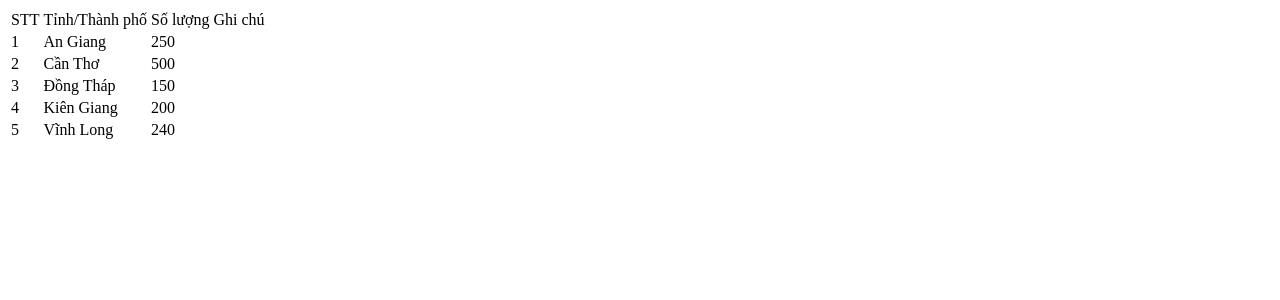
Repository: Pr-DuyTam/HTML-CSS-JS-PHP
Page: CSS/Bài Tập CSS/Bai3.htm
The author's editor kept a copy of each file at every save. The page is drawn from the files as they stood at one save, then again after the next save.
The browser window is 1280 px wide. The pictures show the whole page.

Above is the page before, as saved 2023-08-04 08:11:31.

### CSS/Bài Tập CSS/Bai3.htm
<!DOCTYPE html>
<html lang="en">
<head>
    <meta charset="UTF-8">
    <meta name="viewport" content="width=device-width, initial-scale=1.0">
    <title>Bài tập 3</title>

    <style>

    </style>
</head>
<body>
    <table>
        <tr class="head">
            <td>STT</td>
            <td>Tỉnh/Thành phố</td>
            <td>Số lượng</td>
            <td>Ghi chú</td>
        </tr>

        <tr class="odd">
            <td>1</td>
            <td>An Giang</td>
            <td>250</td>
        </tr>

        <tr class="even">
            <td>2</td>
            <td>Cần Thơ</td>
            <td>500</td>
        </tr>

        <tr class="odd">
            <td>3</td>
            <td>Đồng Tháp</td>
            <td>150</td>
        </tr>

        <tr class="even">
            <td>4</td> <td>Kiên Giang</td> <td>200</td>
        </tr>

        <tr class="odd"> <td>5</td> <td>Vĩnh Long</td> <td>240</td></tr>
    </table>
</body>
</html>

After the next save:
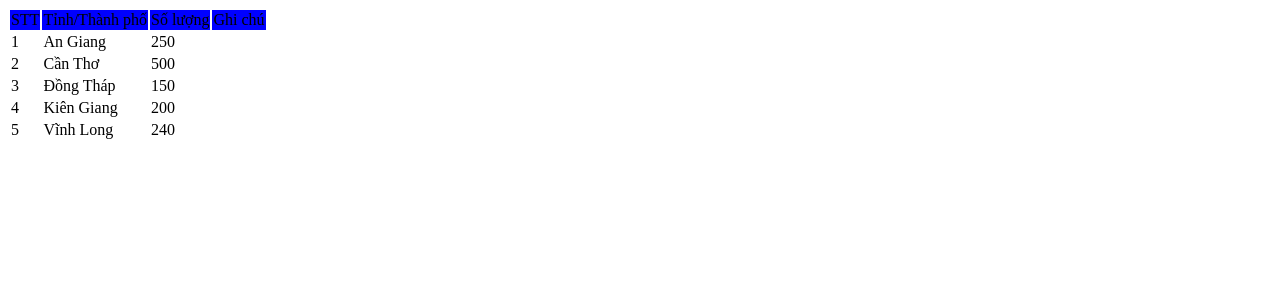
Saved 34 s later.
--- a/CSS/Bài Tập CSS/Bai3.htm
+++ b/CSS/Bài Tập CSS/Bai3.htm
@@ -6,7 +6,9 @@
     <title>Bài tập 3</title>
 
     <style>
-
+        .head{
+            background-color: blue;
+        }
     </style>
 </head>
 <body>
